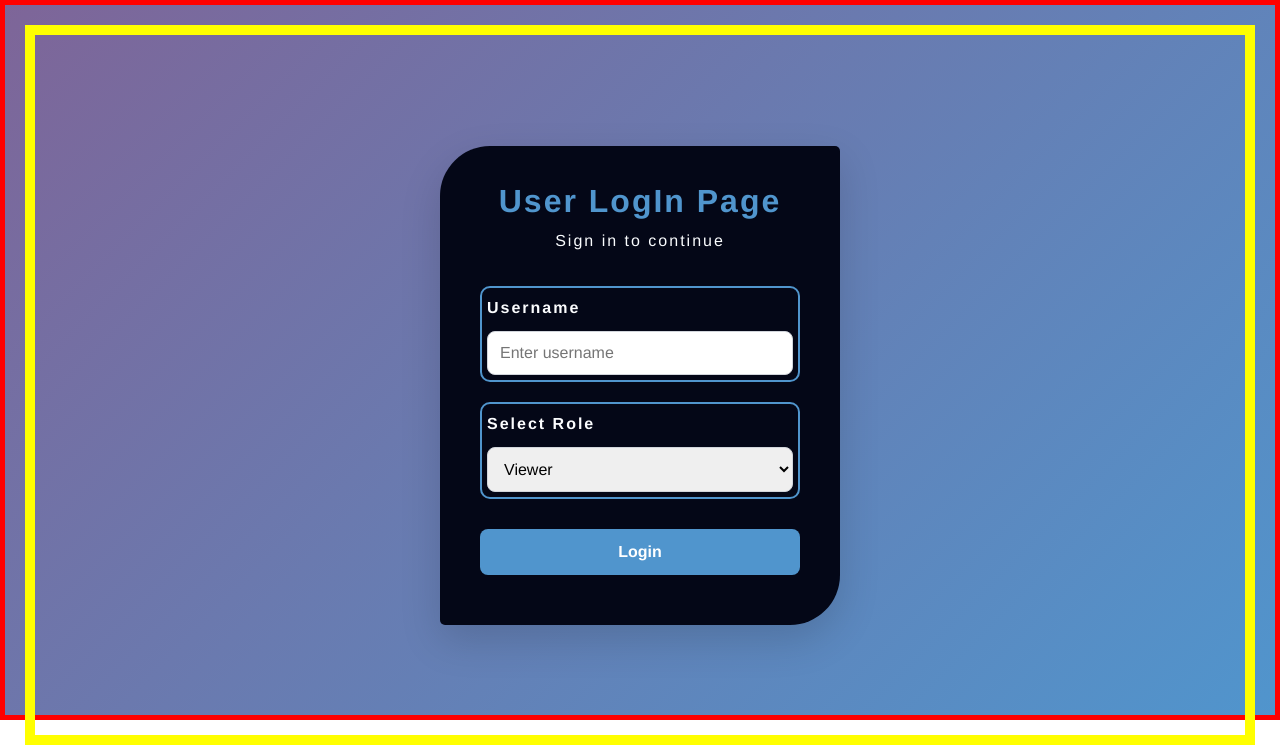
Repository: SolomonChinonso/myUserDashboard
Page: / (app in my-user-dashboard-app/)
An editor plug-in stored every save of this project. The page is shown before and after the next save, followed by the edit.
The browser window is 1280 px wide. The pictures show the whole page.
The project was rebuilt for these pictures with package versions that can differ from the ones it lists, and the page was loaded fresh each time. Also part of the build but not shown: my-user-dashboard-app/vite.config.ts, my-user-dashboard-app/src/App.css, my-user-dashboard-app/src/pages/global.css, my-user-dashboard-app/src/pages/Dashboard.tsx, my-user-dashboard-app/src/pages/Profile.tsx, my-user-dashboard-app/src/pages/Settings.tsx, my-user-dashboard-app/src/components/Navbar.tsx, my-user-dashboard-app/src/components/ProtectedRoute.tsx.

Above is the page before, as saved 2026-05-31 14:39:03.

### my-user-dashboard-app/index.html
<!doctype html>
<html lang="en">
  <head>
    <meta charset="UTF-8" />
    <link rel="icon" type="image/svg+xml" href="/favicon.svg" />
    <meta name="viewport" content="width=device-width, initial-scale=1.0" />
    <title>my-user-dashboard-app</title>
  </head>
  <body>
    <div id="root"></div>
    <script type="module" src="/src/main.tsx"></script>
  </body>
</html>

### my-user-dashboard-app/src/main.tsx
import React from "react";
import ReactDOM from "react-dom/client";
import App from "./App";
import { BrowserRouter } from "react-router-dom";
import { AuthProvider } from "./context/AuthProvider"
import "./index.css"


ReactDOM.createRoot(document.getElementById("root")!).render(
  <React.StrictMode>
    <BrowserRouter>
      <AuthProvider>
        <App />
      </AuthProvider>
    </BrowserRouter>
  </React.StrictMode>
);

### my-user-dashboard-app/src/App.tsx
import {
  Routes,
  Route,
  Navigate,
} from "react-router-dom";
import "./App.css"

import Login from "./pages/Login";
import Dashboard from "./pages/Dashboard";
import Profile from "./pages/Profile";
import Settings from "./pages/Settings";

import Navbar from "./components/Navbar";
import ProtectedRoute from "./components/ProtectedRoute";

import { useAuth } from "./hooks/useAuth";

function App() {
  const { user } = useAuth();

  return (
    <div className="app-section">
      {user && <Navbar />}

      <Routes>
        {/* Redirect homepage to login */}
        <Route
          path="/"
          element={<Navigate to="/login" replace />}
        />

        <Route
          path="/login"
          element={<Login />}
        />

        <Route
          path="/dashboard"
          element={
            <ProtectedRoute>
              <Dashboard />
            </ProtectedRoute>
          }
        />

        <Route
          path="/profile"
          element={
            <ProtectedRoute>
              <Profile />
            </ProtectedRoute>
          }
        />

        <Route
          path="/settings"
          element={
            <ProtectedRoute adminOnly>
              <Settings />
            </ProtectedRoute>
          }
        />

        {/* Catch-all route */}
        <Route
          path="*"
          element={<Navigate to="/login" replace />}
        />
      </Routes>
    </div>
  );
}

export default App;

### my-user-dashboard-app/src/context/AuthProvider.tsx
import {
  useState,
  type ReactNode,
} from "react";

import type { User } from "../types/user";

import { AuthContext } from "./AuthContext";

interface AuthProviderProps {
  children: ReactNode;
}

export const AuthProvider = ({
  children,
}: AuthProviderProps) => {
  const [user, setUser] =
    useState<User | null>(null);

  const login = (userData: User) => {
    setUser(userData);
  };

  const logout = () => {
    setUser(null);
  };

  return (
    <AuthContext.Provider
      value={{
        user,
        login,
        logout,
      }}
    >
      {children}
    </AuthContext.Provider>
  );
};

### my-user-dashboard-app/src/index.css
*{
    margin: 0;
    padding: 0;
    font-family: 'Franklin Gothic Medium', 'Arial Narrow', Arial, sans-serif;
    box-sizing: border-box;


}
body{
   height: 100vh;
   min-height: 100%;
    letter-spacing: 2px;
    background:  linear-gradient(
    135deg,
    #7e6598,
    #5095cd);
    background-repeat:no-repeat;
    color: #5095cd;;
    padding: 20px;
    border: 5px solid red;
}

### my-user-dashboard-app/src/pages/Login.tsx
// import { useState } from "react";
// import { useNavigate } from "react-router-dom";
// import { useAuth } from "../hooks/useAuth";
// import "./Login.css"

// const Login = () => {
//   const [username, setUsername] = useState("");
//   const [role, setRole] = useState("Viewer");

//   const { login } = useAuth();
//   const navigate = useNavigate();

//   const handleLogin = () => {
//     login({
//       username,
//       role: role as "Admin" | "Editor" | "Viewer",
//     });

//     navigate("/dashboard");
//   };

//   return (
//     <div className="login-page">
//       <h1>Login</h1>

//       <input
//         type="text"
//         placeholder="Username"
//         value={username}
//         onChange={(e) => setUsername(e.target.value)}
//       />

//       <select
//         value={role}
//         onChange={(e) => setRole(e.target.value)}
//       >
//         <option>Admin</option>
//         <option>Editor</option>
//         <option>Viewer</option>
//       </select>

//       <button onClick={handleLogin}>
//         Login
//       </button>
//     </div>
//   );
// };

// export default Login;
import { useState } from "react";
import { useNavigate } from "react-router-dom";
import { useAuth } from "../hooks/useAuth";
import "./Login.css";

const Login = () => {
  const [username, setUsername] = useState("");
  const [role, setRole] = useState("Viewer");

  const { login } = useAuth();
  const navigate = useNavigate();

  const handleLogin = () => {
    login({
      username,
      role: role as "Admin" | "Editor" | "Viewer",
    });

    navigate("/dashboard");
  };

  return (
    <div className="login-page">
      <div className="login-card">
        <h1>User LogIn Page</h1>
        <p className="subtitle">
          Sign in to continue
        </p>

        <div className="form-group">
          <label>Username</label>
          <input
            type="text"
            placeholder="Enter username"
            value={username}
            onChange={(e) =>
              setUsername(e.target.value)
            }
          />
        </div>

        <div className="form-group">
          <label>Select Role</label>
          <select
            value={role}
            onChange={(e) =>
              setRole(e.target.value)
            }
          >
            <option>Admin</option>
            <option>Editor</option>
            <option>Viewer</option>
          </select>
        </div>

        <button
          className="login-btn"
          onClick={handleLogin}
        >
          Login
        </button>
      </div>
    </div>
  );
};

export default Login;

### my-user-dashboard-app/src/hooks/useAuth.ts
import { useContext } from "react";

import { AuthContext } from "../context/AuthContext";

export const useAuth = () => {
  const context = useContext(AuthContext);

  if (!context) {
    throw new Error(
      "useAuth must be used inside AuthProvider"
    );
  }

  return context;
};

### my-user-dashboard-app/src/context/AuthContext.ts
import { createContext } from "react";

import type { User } from "../types/user";

export interface AuthContextType {
  user: User | null;
  login: (user: User) => void;
  logout: () => void;
}
export const AuthContext =
  createContext<AuthContextType | null>(null);

### my-user-dashboard-app/src/pages/Login.css
/* Full page layout */
.login-page {
  min-height: 100vh;
  display: flex;
  justify-content: center;
  align-items: center;
  margin-top: 0;
  border: 10px solid yellow;
  padding: 20px;
}

/* Login card */
.login-card {
  width: 100%;
  max-width: 400px;
  height: 60%;
  background: #040717;
  padding: 40px;
  border-radius: 50px 5px;
  display: flex;
  flex-direction: column;
  justify-content: center;
  align-items: center;
  box-shadow: 0 15px 40px
    rgba(0, 0, 0, 0.15);
  line-height: 30px;
  text-align: center;
}


/* Heading */
.login-card h1 {
  margin-bottom: 10px;
  color: #5095cd;
}

.subtitle {
  color: #fafcfe;
  margin-bottom: 30px;
}

/* Form group */
.form-group {
    border: 2px solid #5095cd;
    width: 100%;
    border-radius: 10px;
    padding: 5px;
  display: flex;
  flex-direction: column;
  text-align: left;
  margin-bottom: 20px;
}

.form-group label {
  margin-bottom: 8px;
  font-weight: 600;
  color: #fbfcfe;
}

/* Inputs */
.form-group input,
.form-group select {
  padding: 12px;
  border: 1px solid #d1d5db;
  border-radius: 8px;

  font-size: 16px;
  outline: none;

  transition: 0.3s ease;
}

.form-group input:focus,
.form-group select:focus {
  border-color: #4f46e5;
  box-shadow: 0 0 0 3px
    rgba(79, 70, 229, 0.15);
}

/* Button */
.login-btn {
  width: 100%;
  padding: 14px;

  border: none;
  border-radius: 8px;

  background: #5095cd;
  color: white;

  font-size: 16px;
  font-weight: bold;

  cursor: pointer;
  transition: 0.3s ease;
}

.login-btn:hover {
  background: #4338ca;
  transform: translateY(-2px);
}

### my-user-dashboard-app/src/components/Navbar.css
nav{
    background: rgb(48, 4, 59);
    display: flex;
    justify-content: space-between;
    align-items: center;
    /* margin: 20px; */
    /* padding: 10px; */
    /* max-width: 100vw; */
    /* width: 100%; */
    flex-wrap: wrap;
    /* border-radius: 50px; */

}
nav .logo{
    font-family: system-ui, -apple-system, BlinkMacSystemFont, 'Segoe UI', Roboto, Oxygen, Ubuntu, Cantarell, 'Open Sans', 'Helvetica Neue', sans-serif;
    font-style: oblique;
    background: transparent;
    margin: 10px;
    padding: 5px 10px;
    width: 100px;
   border-radius: 50%;
    display: flex;
    flex-direction: column;
    text-align: center;
    border: 2px solid rgb(117, 180, 222);;
}
.links{
    display: flex;
    gap: 20px;

}
a{
    font-family: Arial, Helvetica, sans-serif;
    text-decoration: none;
    color: rgb(224, 224, 240);
   font-size: large;
   font-weight: 700;
}
button{
    font-size: 1rem;
    color: #f3f3f8;
    padding: 5px 20px;
    margin: 10px;
    border: 2px solid rgb(117, 180, 222);
    border-radius: 50px;
    background: transparent;
    cursor: pointer;
    transition: 0.3s ease-in-out;
}
span{
    display: flex;
    flex-direction: column;
    justify-content: center;
    align-items: center;

    color: rgb(240, 240, 244);
}
.profile{
    display: flex;
}

After the next save:
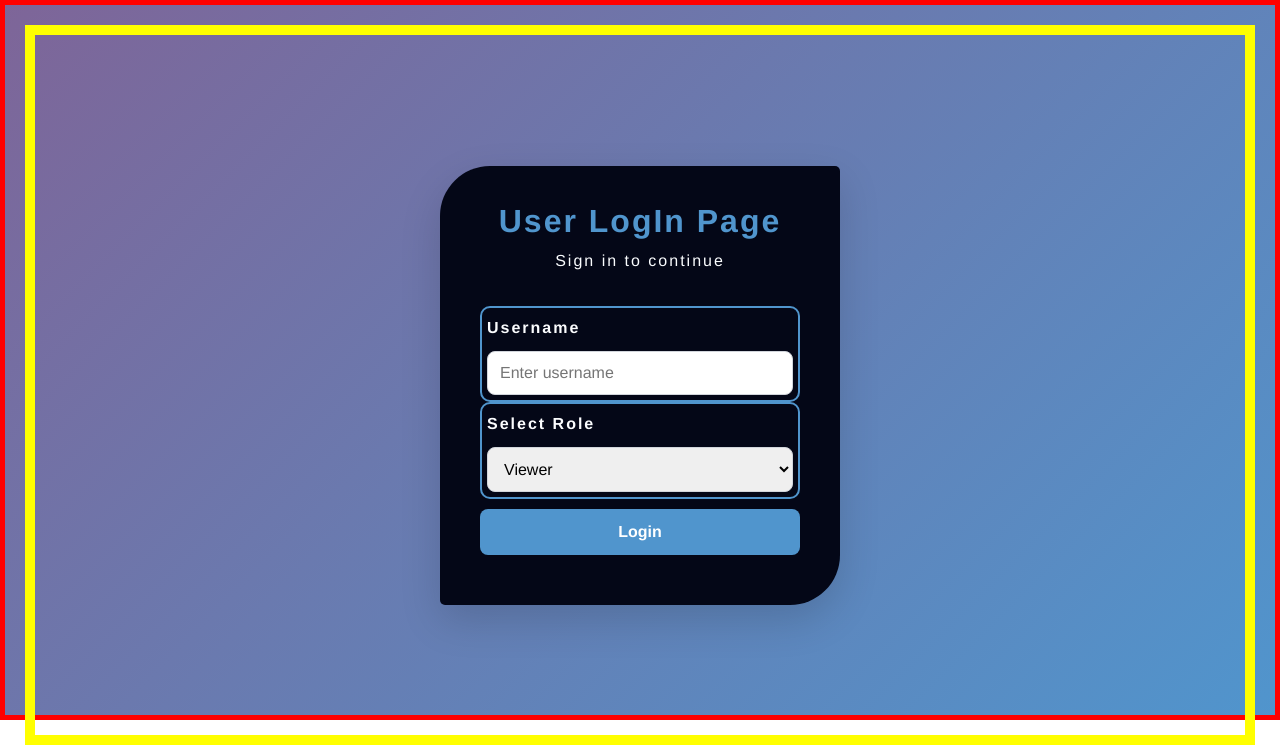
Saved 36 s later.
--- a/my-user-dashboard-app/src/pages/Login.css
+++ b/my-user-dashboard-app/src/pages/Login.css
@@ -48,7 +48,7 @@
   display: flex;
   flex-direction: column;
   text-align: left;
-  margin-bottom: 20px;
+  /* margin-bottom: 20px; */
 }
 
 .form-group label {

After the 3 saves that followed:
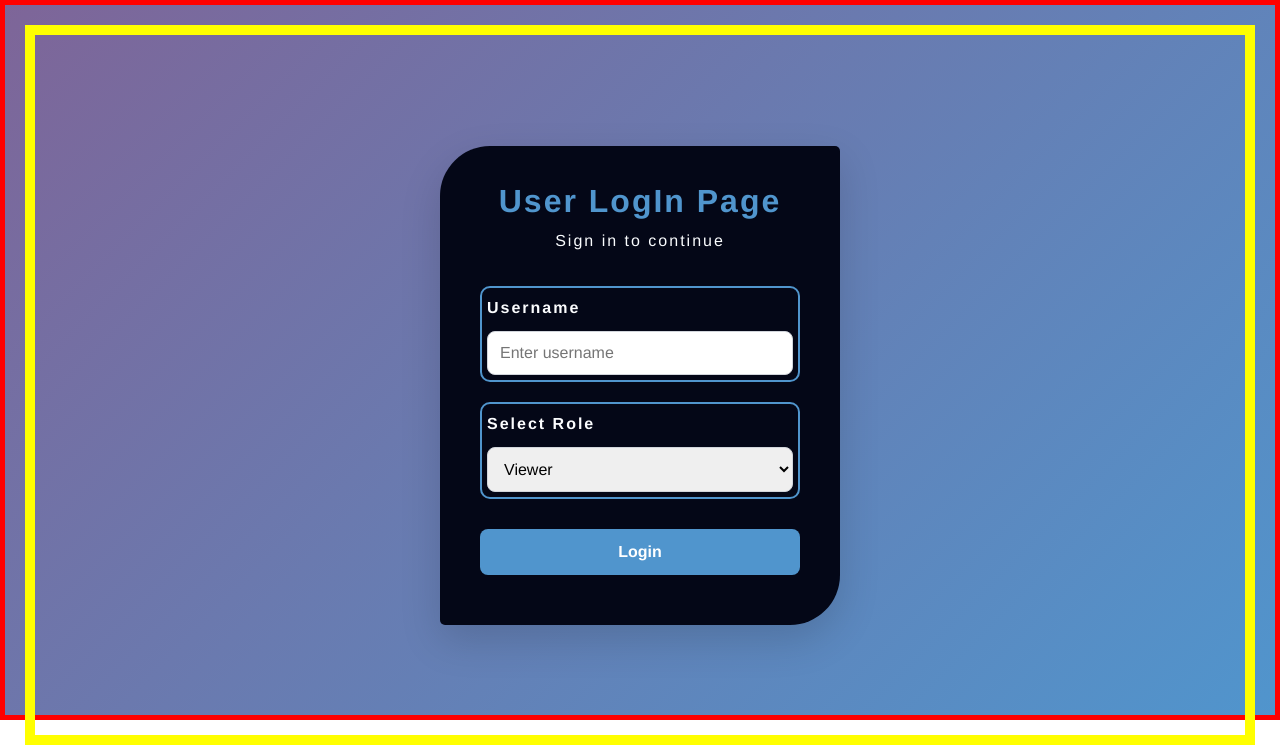
The 3 saves are shown as one change because they came seconds apart.
The last was saved 13 s later.
--- a/my-user-dashboard-app/src/pages/Login.css
+++ b/my-user-dashboard-app/src/pages/Login.css
@@ -48,7 +48,7 @@
   display: flex;
   flex-direction: column;
   text-align: left;
-  /* margin-bottom: 20px; */
+  margin-bottom: 20px;
 }
 
 .form-group label {
